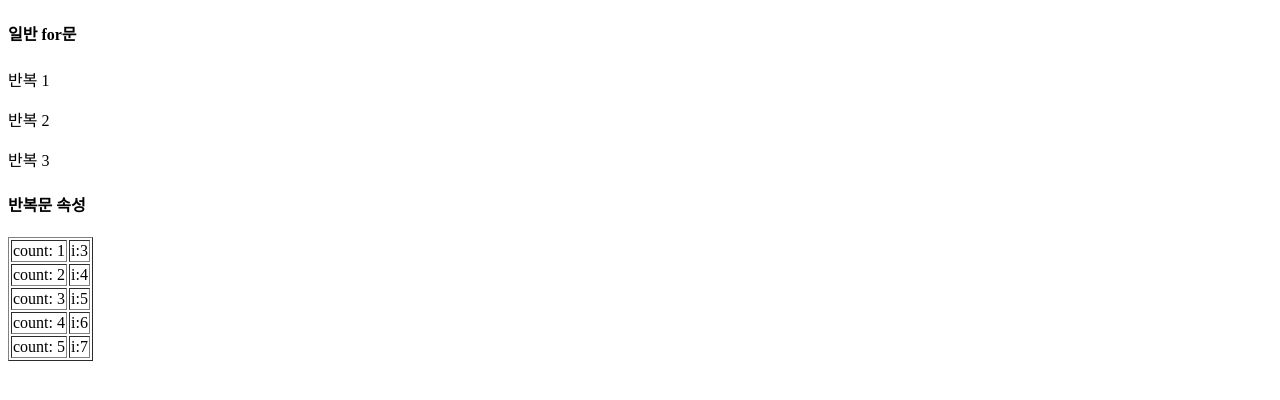
Repository: parkho96/testnum2
Page: http://localhost/jspstudy/11JSTL/ForEach.jsp
The author's editor kept a copy of each file at every save. The page is drawn from the files as they stood at one save, then again after the next save.
The browser window is 1280 px wide. The pictures show the whole page.
The page is served by Tomcat 9.

Above is the page before, as saved 2023-04-10 03:47:28.

After the next save:
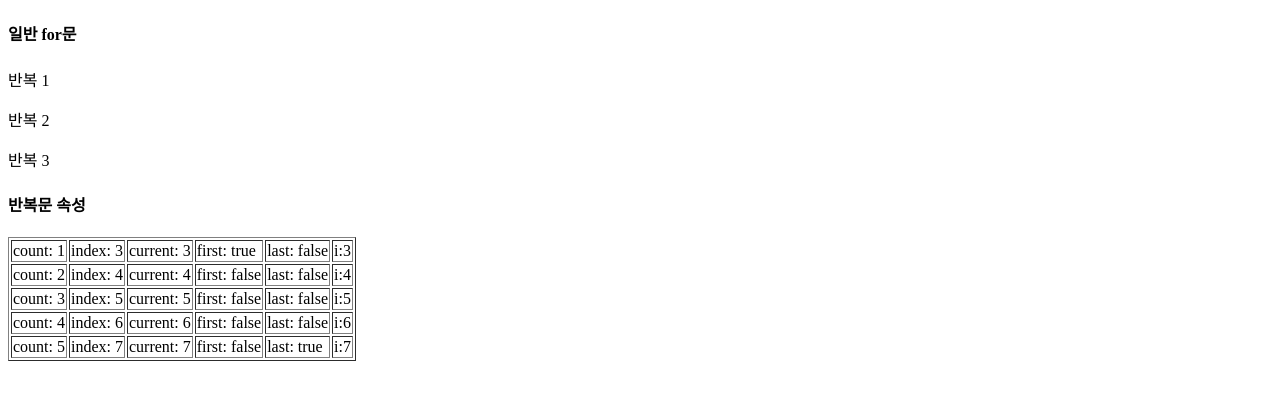
Saved 97 s later.
--- a/workjsp/jspstudy/src/main/webapp/11JSTL/ForEach.jsp
+++ b/workjsp/jspstudy/src/main/webapp/11JSTL/ForEach.jsp
@@ -20,7 +20,17 @@
 	<table border="1">
 	<c:forEach begin="3" end="7" var="i" varStatus="loop">
 		<tr>
+			<!-- 반복순서 -->
 			<td>count: ${loop.count}</td>
+			<!-- 반복순서 -->
+			<td>index: ${loop.index}</td>
+
+			<td>current: ${loop.current}</td>
+
+			<td>first: ${loop.first}</td>
+
+			<td>last: ${loop.last}</td>
+
 			<td>i:${i}</td>
 		</tr>
 	</c:forEach>
